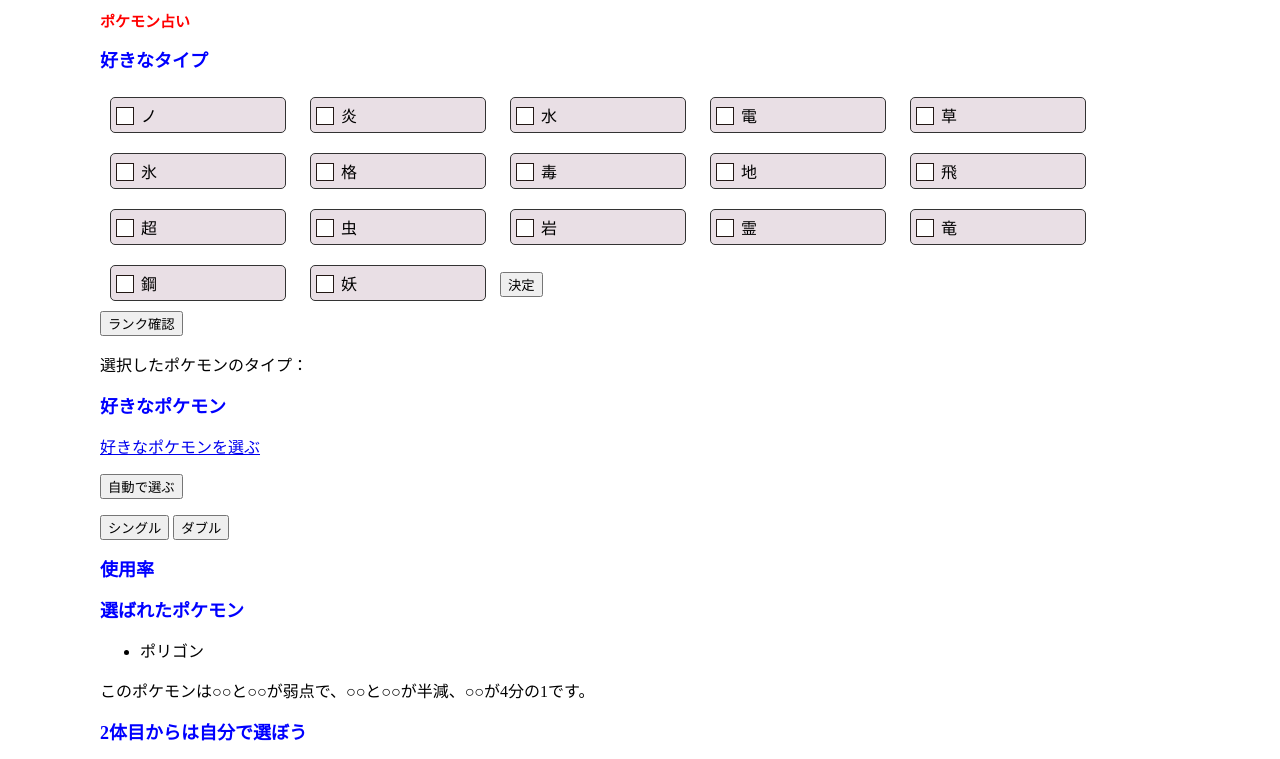
Repository: KustomApe/ksie
Page: index.html
These files come from the project's save history. The page is drawn as it stood at one moment and after the next save; the edit follows.
The browser window is 1280 px wide. The pictures show the whole page.

Above is the page before, as saved 2021-01-22 17:33:12.

### index.html
<!DOCTYPE html>
<html lang="ja">
<head>
    <meta charset="UTF-8">
    <meta name="viewport" content="width=device-width, initial-scale=1.0">
    <title>ポケモン占い</title>
    <link rel="stylesheet" type="text/css" href="./assets/css/style.css">
    <script type="text/javascript" src="./assets/js/uranai.js"></script>
</head>
<body>
    <div id="wrap">
    <h1>ポケモン占い</h1>
    <h2>好きなタイプ</h2>
    <form id="type_form" action="#" name="type_form">
        <input type="checkbox" id="01-A" name="types" value="ノ">
        <label for="01-A" class="types">ノ</label>
        <input type="checkbox" id="02-A" name="types" value="炎">
        <label for="02-A" class="types">炎</label>
        <input type="checkbox" id="03-A" name="types" value="水">
        <label for="03-A" class="types">水</label>
        <input type="checkbox" id="04-A" name="types" value="電">
        <label for="04-A" class="types">電</label>
        <input type="checkbox" id="05-A" name="types" value="草">
        <label for="05-A" class="types">草</label>
        <input type="checkbox" id="06-A" name="types" value="氷">
        <label for="06-A" class="types">氷</label>
        <input type="checkbox" id="07-A" name="types" value="格">
        <label for="07-A" class="types">格</label>
        <input type="checkbox" id="08-A" name="types" value="毒">
        <label for="08-A" class="types">毒</label>
        <input type="checkbox" id="09-A" name="types" value="地">
        <label for="09-A" class="types">地</label>
        <input type="checkbox" id="10-A" name="types" value="飛">
        <label for="10-A" class="types">飛</label>
        <input type="checkbox" id="11-A" name="types" value="超">
        <label for="11-A" class="types">超</label>
        <input type="checkbox" id="12-A" name="types" value="虫">
        <label for="12-A" class="types">虫</label>
        <input type="checkbox" id="13-A" name="types" value="岩">
        <label for="13-A" class="types">岩</label>
        <input type="checkbox" id="14-A" name="types" value="霊">
        <label for="14-A" class="types">霊</label>
        <input type="checkbox" id="15-A" name="types" value="竜">
        <label for="15-A" class="types">竜</label>
        <input type="checkbox" id="16-A" name="types" value="鋼">
        <label for="16-A" class="types">鋼</label>
        <input type="checkbox" id="17-A" name="types" value="妖">
        <label for="17-A" class="types">妖</label>
        <input type="button" onClick="taipu()" value="決定">
    </form>
    <form><input type="button" onClick="pokemonLists()" value="ランク確認"></form>
    <p id='pokemon_rank'></p>
    <p>選択したポケモンのタイプ：<span id="display_types"></span></p>
    <h2>好きなポケモン</h2>
    <p><a href="./select_pokemon.html">好きなポケモンを選ぶ</a></p>
    <form><input type="button" value="自動で選ぶ" onClick="pickPokemon()"></form>
    <p id='pokemon_elect'></p>
    <button>シングル</button>
    <button>ダブル</button>
    <h2>使用率</h2>
    <h2>選ばれたポケモン</h2>
    <ul>
        <li>ポリゴン</li>
    </ul>
    <p>このポケモンは○○と○○が弱点で、○○と○○が半減、○○が4分の1です。</p>
    <h2>2体目からは自分で選ぼう</h2>
</div>
</body>
</html>

### assets/css/style.css
@charset "utf-8";

body {
    display: block;
    margin: 0 auto;
    width: 1080px;
}

div#wrap {
    display: block;
    margin: 0 auto;
    width: 1080px;
}

h1 {
    color: red;
    font-size: 15px;
}

h2 {
    color: blue;
    font-size: large;
}

ul.taipu {
    margin: 100px;
}

/* ul.taipu li {
    margin: 10px;
    list-style: none;
    float: left;
    width: 105px;
    border: solid 1px #333333;
    border-radius: 5px;
    padding: 5px;
    /* background-color: #e9dfe5; */

label {
    display: block;
}

/* チェックボックス01 */
input[type=checkbox] {
    display: none;
}
.types {
    margin: 10px;
    list-style: none;
    width: 105px;
    border: solid 1px #333333;
    border-radius: 5px;
    padding: 5px;
    background-color: #e9dfe5;
    box-sizing: border-box;
    cursor: pointer;
    display: inline-block;
    padding: 5px 30px;
    position: relative;
    width: 11rem;
}
.types::before {
    background: #fff;
    border: 1px solid #231815;
    content: '';
    display: block;
    height: 16px;
    left: 5px;
    margin-top: -8px;
    position: absolute;
    top: 50%;
    width: 16px;
}
.types::after {
    border-right: 3px solid red;
    border-bottom: 3px solid red;
    content: '';
    display: block;
    height: 9px;
    left: 10px;
    margin-top: -7px;
    opacity: 0;
    position: absolute;
    top: 50%;
    transform: rotate(45deg);
    width: 5px;
}
input[type=checkbox]:checked + .types::after {
    opacity: 1;
}

.clearfix::after {
    content: "";
    display: block;
    clear: both;
}

### assets/js/uranai.js
let pokemons = {
    1: "サンダー",
    2: "エースバーン",
    3: "ミミッキュ",
    4: "カプ・レヒレ",
    5: "ランドロス",
    6: "ポリゴン２",
    7: "ウーラオス",
    8: "ドラパルト",
    9: "カバルドン",
    10: "ゴリランダー",
    11: "ウーラオス",
    12: "カイリュー",
    13: "ウツロイド",
    14: "ナットレイ",
    15: "テッカグヤ",
    16: "ウオノラゴン",
    17: "バンギラス",
    18: "ドリュウズ",
    19: "カミツルギ",
    20: "ブリザポス",
    21: "ドヒドイデ",
    22: "ラグラージ",
    23: "ラプラス",
    24: "レジエレキ",
    25: "ガブリアス",
    26: "ヒードラン",
    27: "フェローチェ",
    28: "アーゴヨン",
    29: "クレセリア",
    30: "ボルトロス",
    31: "ファイヤー",
    32: "バシャーモ",
    33: "パッチラゴン",
    34: "ドサイドン",
    35: "ボーマンダ",
    36: "オーロンゲ",
    37: "ロトム",
    38: "ジバコイル",
    39: "メタグロス",
    40: "ギャラドス",
    41: "ヤドキング",
    42: "カプ・コケコ",
    43: "キュウコン",
    44: "ヒヒダルマ",
    45: "マンムー",
    46: "カプ・テテフ",
    47: "ロトム",
    48: "ウインディ",
    49: "ピクシー",
    50: "エルフーン",
    51: "エアームド",
    52: "トゲキッス",
    53: "ラッキー",
    54: "スイクン",
    55: "マリルリ",
    56: "カプ・ブルル",
    57: "ラティオス",
    58: "ハッサム",
    59: "カビゴン",
    60: "ライコウ",
    61: "ハピナス",
    62: "リザードン",
    63: "アーマーガア",
    64: "ラティアス",
    65: "ヌオー",
    66: "パルシェン",
    67: "アシレーヌ",
    68: "サニーゴ",
    69: "ボルトロス",
    70: "ギルガルド",
    71: "ニンフィア",
    72: "ブリムオン",
    73: "ガオガエン",
    74: "トリトドン",
    75: "パッチルドン",
    76: "ルカリオ",
    77: "ミロカロス",
    78: "ファイヤー",
    79: "サンダー",
    80: "ガマゲロゲ",
    81: "マッシブーン",
    82: "ゲンガー",
    83: "ヌメルゴン",
    84: "ナマコブシ",
    85: "カメックス",
    86: "マニューラ",
    87: "ガラガラ",
    88: "インテレオン",
    89: "ランクルス",
    90: "レイスポス",
    91: "メタモン",
    92: "エーフィ",
    93: "ユクシー",
    94: "シャンデラ",
    95: "デンジュモク",
    96: "サザンドラ",
    97: "ウルガモス",
    98: "エンテイ",
    99: "ポットデス",
    100: "ルガルガン",
    101: "ツンデツンデ",
    102: "ブラッキー",
    103: "ズガドーン",
    104: "レジロック",
    105: "コータス",
    106: "サーナイト",
    107: "ボスゴドラ",
    108: "レジアイス",
    109: "クレッフィ",
    110: "フシギバナ",
    111: "ランターン",
    112: "グレイシア",
    113: "ゴチルゼル",
    114: "ゾロアーク",
    115: "オノノクス",
    116: "マタドガス",
    117: "ペンドラー",
    118: "マホイップ",
    119: "ユレイドル",
    120: "ニドキング",
    121: "タチフサグマ",
    122: "コオリッポ",
    123: "シャワーズ",
    124: "トルネロス",
    125: "エレキブル",
    126: "フリーザー",
    127: "キングドラ",
    128: "サンダース",
    129: "ホルード",
    130: "バイバニラ",
    131: "クレベース",
    132: "ギガイアス",
    133: "トルネロス",
    134: "ブルンゲル",
    135: "キリキザン",
    136: "ポリゴンＺ",
    137: "ドラピオン",
    138: "ストリンダー",
    139: "シザリガー",
    140: "キュワワー",
    141: "ニャオニクス",
    142: "レジドラゴ",
    143: "アイアント",
    144: "バンバドロ",
    145: "ロトム",
    146: "ヤドラン",
    147: "ジュラルドン",
    148: "ヤドラン",
    149: "ガチゴラス",
    150: "アマルルガ",
};

function docReady(fn) {
    // see if DOM is already available
    if (document.readyState === "complete" || document.readyState === "interactive") {
        // call on next available tick
        setTimeout(fn, 1);
    } else {
        document.addEventListener("DOMContentLoaded", fn);
    }
}

docReady(function checked() {
    var status = document.getElementsByClassName("types");
    console.log(status)
    if (status.checked == true) {
        console.log('checked');
    }
    else if (status.checked == false) {
        console.log('unchecked')
    }
});

function uranai() {
    rand = Math.floor(Math.random()*100);
    console.log(rand)
    elect = 'サンダー'
    if (rand > 9) elect = "ランドロス"; //10～29（20%）
    if (rand > 29) elect = "カプ・レヒレ"; //30～49（20%）
    if (rand > 49) elect = "ボルトロス"; //50～69(20%)
	if (rand > 69) elect = "ミミッキュ"; //70～89（20%）
	if (rand > 89) elect = "エースバーン"; //90～99（10%）
    console.log(elect);
    para = document.getElementById('pokemon_elect');
    para.innerHTML = elect;
};

function taipu() {
    const arrType = [];
    const types = document.type_form.types;

    for (let i = 0; i < types.length; i++) {
        if(types[i].checked) {
            arrType.push(" " + types[i].value);
        }
    }
    console.log(arrType)
    document.getElementById("display_types").textContent = arrType;
    // タイプのデータを取ってくる
    // タイプの中身をコンソールログに出す
    // 占うボタンをクリック
    // 該当するポケモンが4体以上150位以内の中にいた場合は占う
    // 3体以下なら警告を出す
    // console.log("ポケモンゲットだぜ！")
};

function pokemonLists() {
    for (let key in pokemons) {
        console.log(key + '位は' + pokemons[key]);
    };
    // para = document.getElementById('pokemon_rank');
    // para.innerHTML = pokemons;
};

function pickPokemon() {
    const pokemon = [];
    for (let key in pokemons) {
        pokemon.push(pokemons[key])
    }
    const random = Math.floor(Math.random() * pokemon.length);
    console.log(pokemon[random]);
    para = document.getElementById('pokemon_elect');
    para.innerHTML = pokemon[random];
};

After the next save:
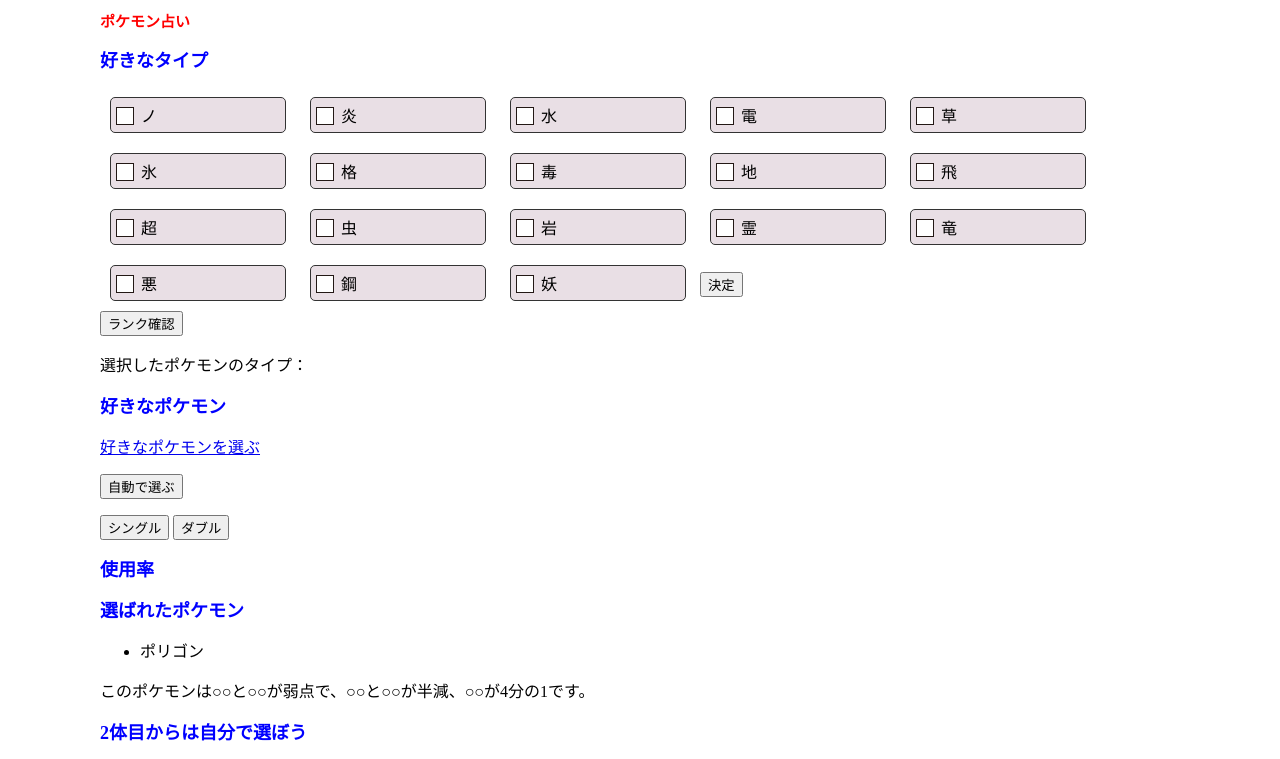
Saved 44 h 35 min later.
--- a/index.html
+++ b/index.html
@@ -42,10 +42,12 @@
         <label for="14-A" class="types">霊</label>
         <input type="checkbox" id="15-A" name="types" value="竜">
         <label for="15-A" class="types">竜</label>
-        <input type="checkbox" id="16-A" name="types" value="鋼">
-        <label for="16-A" class="types">鋼</label>
-        <input type="checkbox" id="17-A" name="types" value="妖">
-        <label for="17-A" class="types">妖</label>
+        <input type="checkbox" id="16-A" name="types" value="悪">
+        <label for="16-A" class="types">悪</label>
+        <input type="checkbox" id="17-A" name="types" value="鋼">
+        <label for="17-A" class="types">鋼</label>
+        <input type="checkbox" id="18-A" name="types" value="妖">
+        <label for="18-A" class="types">妖</label>
         <input type="button" onClick="taipu()" value="決定">
     </form>
     <form><input type="button" onClick="pokemonLists()" value="ランク確認"></form>
